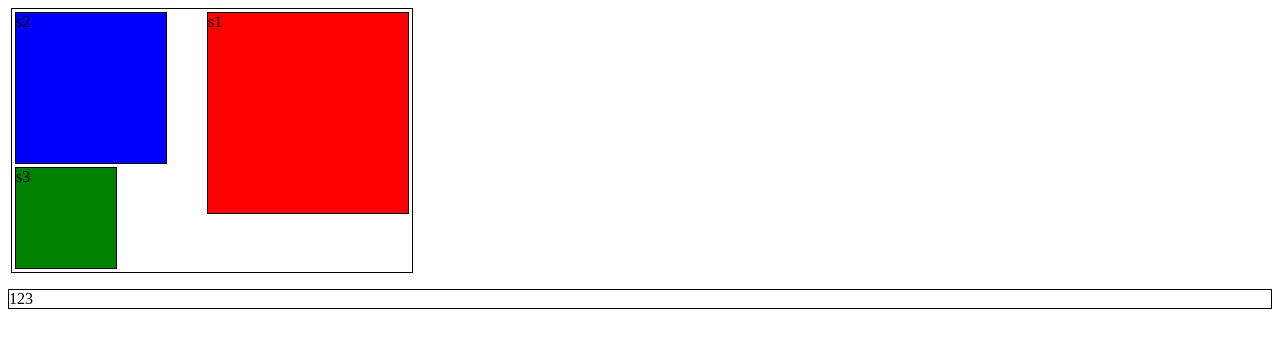
Repository: MasterKweng/workspace
Page: WebBasic/WebContent/Day02/右浮动.html
The author's editor kept a copy of each file at every save. The page is drawn from the files as they stood at one save, then again after the next save.
The browser window is 1280 px wide. The pictures show the whole page.

Above is the page before, as saved 2018-01-05 02:24:54.

After the next save:
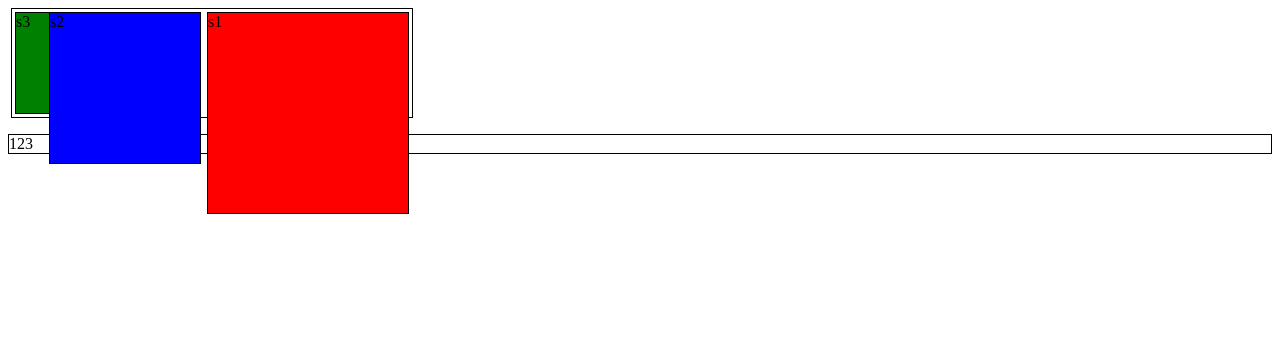
Saved 72 s later.
--- a/WebBasic/WebContent/Day02/右浮动.html
+++ b/WebBasic/WebContent/Day02/右浮动.html
@@ -32,6 +32,9 @@
 			#son1{
 				float:right;
 			}
+			#son2{
+				float:right;
+			}
 		</style>
 	</head>
 	<body>
